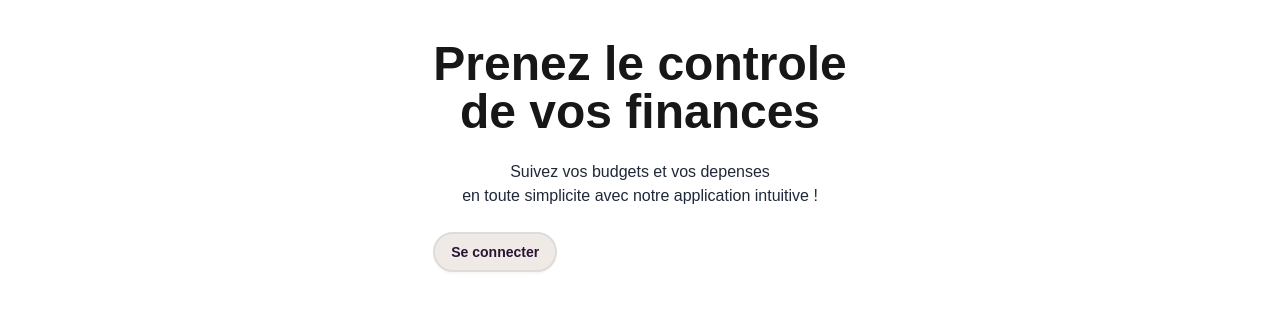
Repository: gitPaved/etrack-v1
Page: /
These files come from the project's save history. The page is drawn as it stood at one moment and after the next save; the edit follows.
The browser window is 1280 px wide. The pictures show the whole page.
The project was rebuilt for these pictures with package versions that can differ from the ones it lists, and the page was loaded fresh each time. The framework's server and built-in components were replaced by stand-ins that run in the browser. Also part of the build but not shown: next.config.ts.

Above is the page before, as saved 2025-03-03 16:24:14.

### app/layout.tsx
import type { Metadata } from "next";
import { Geist, Geist_Mono } from "next/font/google";
import "./globals.css";

const geistSans = Geist({
  variable: "--font-geist-sans",
  subsets: ["latin"],
});

const geistMono = Geist_Mono({
  variable: "--font-geist-mono",
  subsets: ["latin"],
});

export const metadata: Metadata = {
  title: "Create Next App",
  description: "Generated by create next app",
};

export default function RootLayout({
  children,
}: Readonly<{
  children: React.ReactNode;
}>) {
  return (
    <html lang="en" data-theme="cupcake">
      <body
        className={`${geistSans.variable} ${geistMono.variable} antialiased`}
      >
        {children}
      </body>
    </html>
  );
}

### app/page.tsx
import Image from "next/image";
import Link from "next/link";

export default function Home() {
  return (
    <div className="flex items-center justify-between flex-col py-10 w-full">
      <div>
        <div className="flex flex-col">
          <h1 className="text-4xl md:text-5xl font-bold text-center">
            Prenez le controle <br /> de vos finances
          </h1>
          <p className="py-6 text-gray-800 text-center">
            Suivez vos budgets et vos depenses <br /> en toute simplicite avec notre application intuitive !
          </p>
          <div>
            <Link href={""} className="btn btn-sm md:btn-md">Se connecter</Link>
          </div>
        </div>
      </div>
    </div>
  );
}

### app/globals.css
@import "tailwindcss";
@plugin "daisyui" {
  themes: light --default, dark --prefersdark, cupcake;
}

@theme {
  --font-sans: var(--font-geist-sans);
  --font-mono: var(--font-geist-mono);
}

:root {
  --background: #ffffff;
  --foreground: #171717;
}

@media (prefers-color-scheme: dark) {
  :root {
    --background: #0a0a0a;
    --foreground: #ededed;
  }
}

body {
  color: var(--foreground);
  background: var(--background);
  font-family: Arial, Helvetica, sans-serif;
}

After the next save:
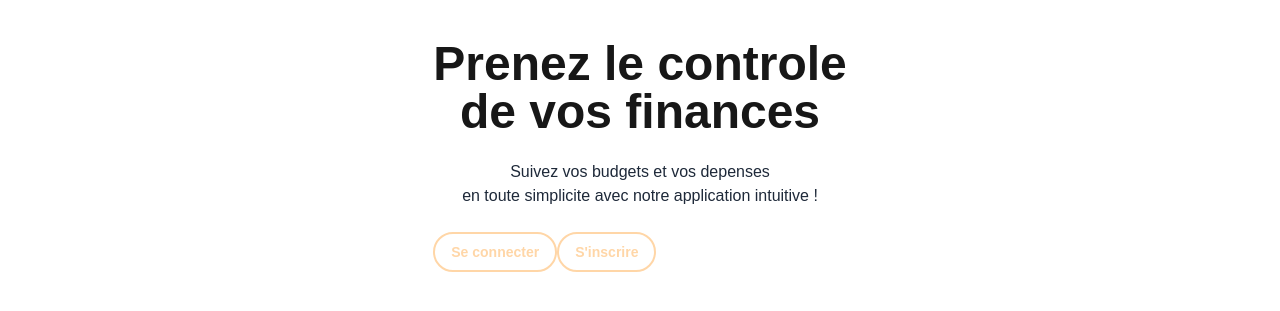
Saved 2 min 37 s later.
--- a/app/page.tsx
+++ b/app/page.tsx
@@ -13,7 +13,9 @@ export default function Home() {
             Suivez vos budgets et vos depenses <br /> en toute simplicite avec notre application intuitive !
           </p>
           <div>
-            <Link href={""} className="btn btn-sm md:btn-md">Se connecter</Link>
+            <Link href={""} className="btn btn-sm md:btn-md btn-outline btn-accent">Se connecter</Link>
+            <Link href={""} className="btn btn-sm md:btn-md btn-outline btn-accent">S'inscrire </Link>
+
           </div>
         </div>
       </div>
